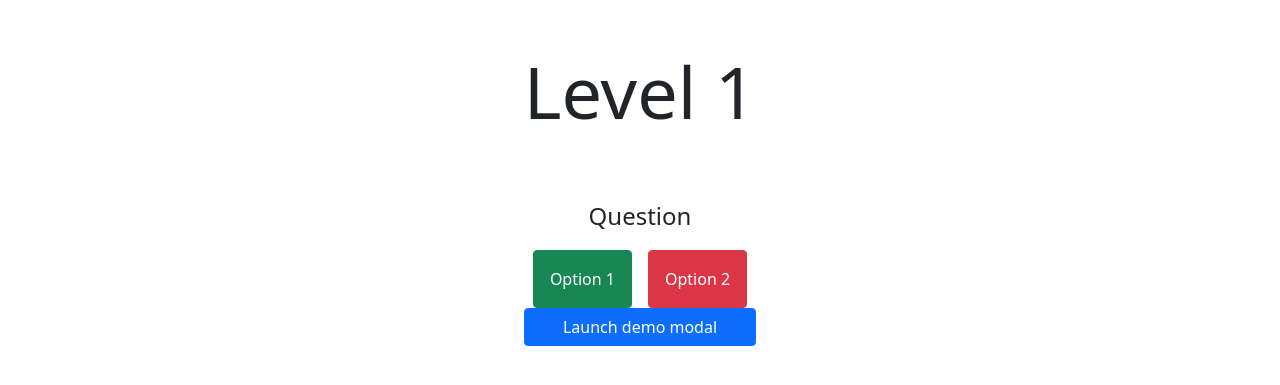
Repository: sreeramkongeseri/QuestionGame
Page: public/level1.html
An editor plug-in stored every save of this project. The page is shown before and after the next save, followed by the edit.
The browser window is 1280 px wide. The pictures show the whole page.
The page's requests for data from a server got no answer.

Above is the page before, as saved 2021-07-20 18:24:40.

After the next save:
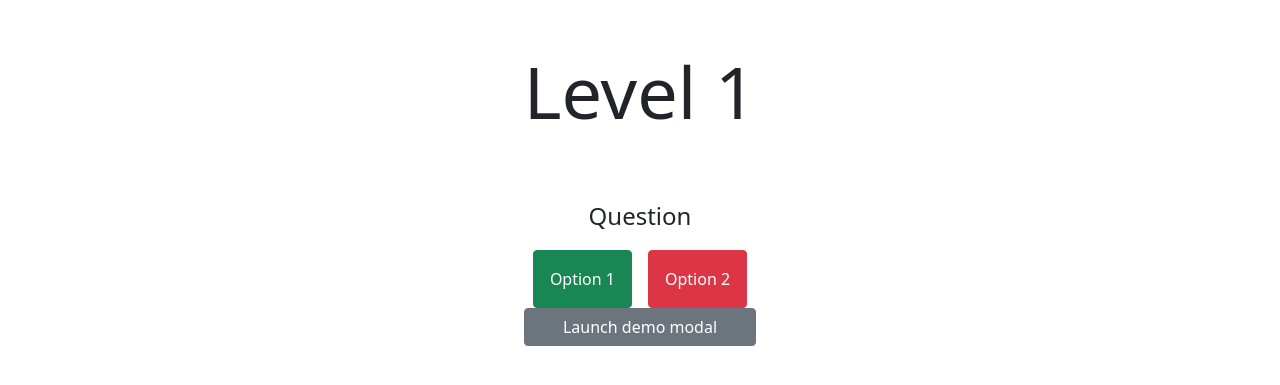
Saved 11 s later.
--- a/public/level1.html
+++ b/public/level1.html
@@ -48,7 +48,7 @@
             <a id='next' href='level2.html' role='button' class='btn btn-primary align-self-center d-none' width=50px>continue</a>
 
             <!-- Button trigger modal -->
-            <button type="button" class="btn btn-primary" data-bs-toggle="modal" data-bs-target="#exampleModal">
+            <button type="button" class="btn btn-secondary" data-bs-toggle="modal" data-bs-target="#exampleModal">
                 Launch demo modal
             </button>
 
